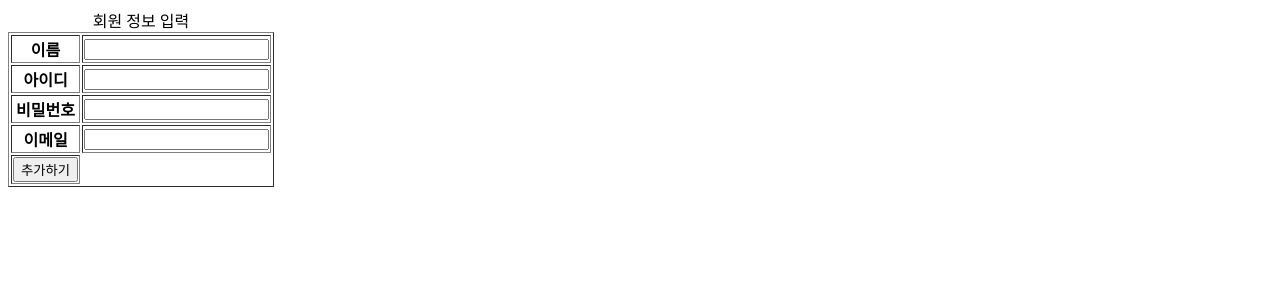
Repository: Heo-sh/Web_Development
Page: http://localhost/Ex_0418_Member/member_register.jsp
The author's editor kept a copy of each file at every save. The page is drawn from the files as they stood at one save, then again after the next save.
The browser window is 1280 px wide. The pictures show the whole page.
The page is served by Tomcat 9.

Above is the page before, as saved 2023-04-18 07:30:00.

After the next save:
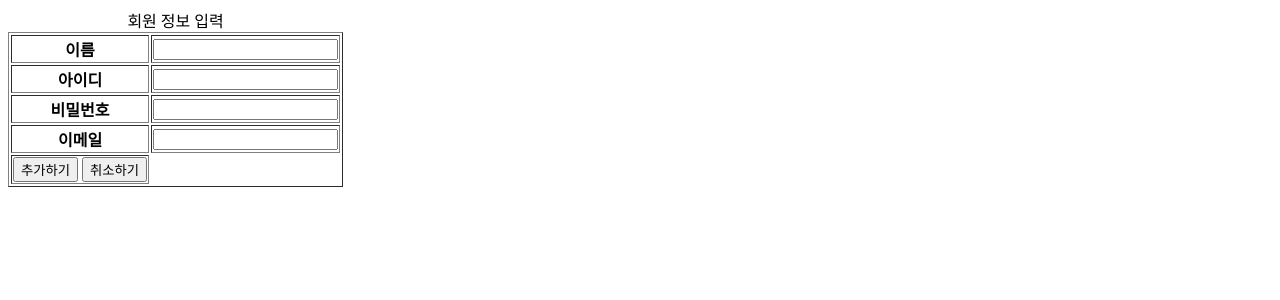
Saved 39 s later.
--- a/Ex_0418_Member/WebContent/member_register.jsp
+++ b/Ex_0418_Member/WebContent/member_register.jsp
@@ -41,6 +41,11 @@
 							value="추가하기"
 							onclick="send(this.form)"
 						>
+						<input
+							type="button"
+							value="취소하기"
+							onclick="location.href='member.jsp'"
+						>
 					</td>
 				</tr>
 			</table>
